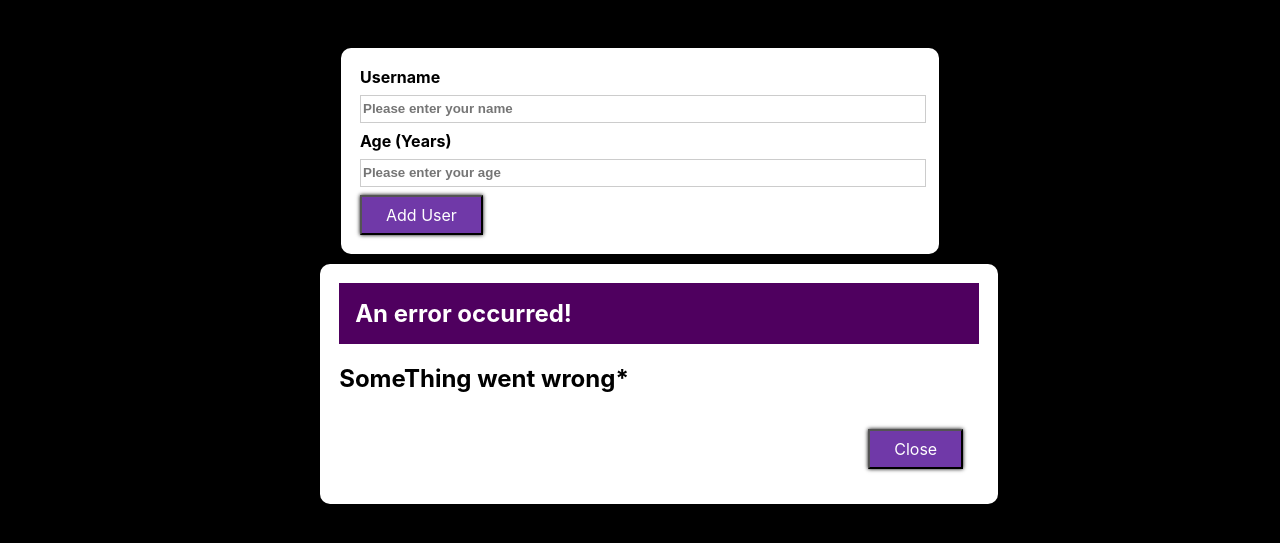
Repository: NamalPathirana/section-eight
Page: /
An editor plug-in stored every save of this project. The page is shown before and after the next save, followed by the edit.
The browser window is 1280 px wide. The pictures show the whole page.
The project was rebuilt for these pictures with package versions that can differ from the ones it lists, and the page was loaded fresh each time. Also part of the build but not shown: src/App.module.css.

Above is the page before, as saved 2021-12-04 14:28:13.

### src/index.css
body {
  margin: 0;
  padding: 0%;
  height: 100%;
  width: 100%;
  display: flex;
  flex-direction: column;
  background-color: black;
  font-family: -apple-system, BlinkMacSystemFont, 'Segoe UI', 'Roboto', 'Oxygen',
    'Ubuntu', 'Cantarell', 'Fira Sans', 'Droid Sans', 'Helvetica Neue',
    sans-serif;
  -webkit-font-smoothing: antialiased;
  -moz-osx-font-smoothing: grayscale;
}

code {
  font-family: source-code-pro, Menlo, Monaco, Consolas, 'Courier New',
    monospace;
}

### src/App.js
import styles from "./App.module.css";
import react, { useState } from "react";
import UserInput from "./Components/UserInput/UserInput";
import UserList from "./Components/UserList/UserList";
import Card from "./UI/Card/Card";

function App() {
  const [listOfEntries, SetListOfEntries] = useState([
    { key: 0, name: "Dave", age: "000" },
    { key: 1, name: "looper", age: "29" },
  ]);

  const UserEntryCallbackHandler = (props) => {
    SetListOfEntries((prevListOfEntries) => {
      const tempList = [...prevListOfEntries];
      tempList.unshift({
        key: Math.random(),
        name: props.name,
        age: props.age,
      });
      return tempList;
    });
    console.log(listOfEntries);
  };

  const entryDeletionCallback = (entryKey) => {
    SetListOfEntries((perEntry) => {
      const updatedEntries = perEntry.filter((entry) => {
        return entry.key !== entryKey;
      });
      return updatedEntries;
    });
  };

  let UserInfoSegment = <Card><h3 className={styles.block}>No Entries Exists To Display</h3></Card>;

  if (listOfEntries.length > 0) {
    UserInfoSegment = (
      <UserList
        items={listOfEntries}
        deletionHandler={entryDeletionCallback}
      ></UserList>
    );
  }

  return (
    <div className="App">
      <section>
        <UserInput onUserEntry={UserEntryCallbackHandler}></UserInput>
      </section>
      <section>
      {UserInfoSegment}
      </section>
    </div>
  );
}

export default App;

### src/Components/UserInput/UserInput.js
import Button from "../../UI/Button/Button";
import styles from "./UserInput.module.css";
import { useState } from "react";
import Card from "../../UI/Card/Card";
import ErrorModal from "../../UI/ErrorModal/ErrorModal";

const UserInput = (props) => {
  const userEntry = { key: 0, name: "lol", age: "25" };

  const [username, SetUserName] = useState("");
  const [age, SetAge] = useState("");
  const [isValid, SetIsValid] = useState(true);

  const NameInputHandler = (props) => {
    SetUserName(props.target.value);

    if (props.target.value.length > 0) {
      SetIsValid(true);
    }
    // console.log('[UserInput.js / userName : ]'+username)
  };

  const AgeInputHandler = (props) => {
    SetAge(props.target.value);
    if (props.target.value.length > 0) {
      SetIsValid(true);
    }
    // console.log('[UserInput.js / userName : ]'+age);
  };

  const FormSubmitHandler = (event) => {
    event.preventDefault();

    if (username.length === 0) {
      SetIsValid(false);
      return;
    }
    if(+age<1){
        SetIsValid(false);
        return;
    }

    userEntry.key = Math.random();
    userEntry.name = username;
    userEntry.age = age;

    props.onUserEntry(userEntry);

    SetUserName("");
    SetAge("");
  };

  return (
    <div>
    <ErrorModal title="An error occurred!" message='SomeThing went wrong*'></ErrorModal>
    <Card>
      <form onSubmit={FormSubmitHandler}>
        <div className={styles.frame}>
          <label className={`${!isValid ? styles.inValid : ""}`}>
            Username
          </label>
          <input
            placeholder="Please enter your name"
            type="text"
            onChange={NameInputHandler}
            className={!isValid ? styles.inValid : ""}
            value={username}
          />
          <label className={`${!isValid ? styles.inValid : ""}`}>
            Age (Years)
          </label>
          <input
            placeholder="Please enter your age"
            type="number"
            max="120"
            maxLength="2"
            min="12"
            onChange={AgeInputHandler}
            value={age}
            className={`${!isValid ? styles.inValid : ""}`}
          />
          <Button name="Add User" type="submit"></Button>
        </div>
      </form>
    </Card>
    </div>
  );
};

export default UserInput;

### src/Components/UserList/UserList.js
import styles from './UserList.module.css';
import UserListItem from '../UserListItem/UserListItem'
import Card from '../../UI/Card/Card';


const UserList = (props) => {

    const listUserItems = props.items.map(row=>{
        return  <UserListItem key={row.key} name={row.name} age={row.age} clicked={()=>{props.deletionHandler(row.key)}}/>;
    });

    return(
        <Card>
        <div className={styles.frame}>
           {listUserItems}
        </div>
        </Card>
    );
}

export default UserList;

### src/UI/Card/Card.js
import styles from './Card.module.css';

const Card = (props) => {

    return (<div className={`${styles.card} ${props.className}`}>
        {props.children}
    </div>);

}

export default Card;

### src/UI/Button/Button.js
import styles from "./Button.module.css";

const Button = (props) => {
  return <button className={styles.button} type={props.type || 'button'}>{props.name}</button>;
};

export default Button;

### src/Components/UserInput/UserInput.module.css
.frame{

}

.frame input{
    display: block;
    font-weight: bold;
    border: 1px solid #ccc;
    line-height: 1.5rem;
    padding: 100 0.25rm;
    width: 100%;
    margin-bottom: 0.5rem;
}

.frame input:hover{
    border: 1px solid rgb(49, 45, 45);
}

label.inValid {
    color: red;
}

input.inValid {
    background-color: rgb(233, 161, 161);
    border: 1px solid red;
 }

.frame label{
    display: block;
    align-content: flex-start;
    font-weight: bold;
    margin-bottom: 0.5rem;
}

### src/UI/ErrorModal/ErrorModal.js
import styles from "./ErrorModal.module.css";
import Card from "../Card/Card";
import Button from "../Button/Button"

const ErrorModal = (props) => {
  return (
    <Card className={styles.modal}>
      <header className={styles.header} ><h2>{props.title}</h2></header>
      <h2 className={styles.message}>{props.message}</h2>
      <footer className={styles.actions}><Button name="Close"></Button></footer>
    </Card>
  );
};

export default ErrorModal;

### src/Components/UserList/UserList.module.css
.frame{

}

### src/Components/UserListItem/UserListItem.js
import styles from './UserListItem.module.css';


const UserListItem = (props) => {

    return(
        <div className={styles.list_item} onClick={props.clicked}>
            <h3>{props.name} ({props.age} Years Old)</h3>
        </div>
    );
}

export default UserListItem;

### src/UI/Card/Card.module.css
.card{
    margin: 0.5rem 0.5rem;
    padding: 1.2rem 1.2rem;
    width: 35rem;
    max-width: 90%;
    margin: 3rem auto;
    background-color: white;
    border-radius: 10px;
}

### src/UI/Button/Button.module.css
.button{
    font: inherit;
    padding: 0.5rem 1.5rem;
    background-color: rgb(112, 57, 168);
    color:white;
    box-shadow: 0 0 4px black;
    cursor: pointer;
    width: auto;
}

.button:focus{
    outline: none;
}

.button:hover,.button:active{
    background-color: rgb(185, 140, 231);
    border-color: rgb(185, 140, 231);
    box-shadow: 0 0 8px black;
}

### src/UI/ErrorModal/ErrorModal.module.css
.modal {
  position: fixed;
  top: 30vh;
  left: 10%;
  width: 80%;
  z-index: 100;
  overflow: hidden;
}

.header {
  background: #4f005f;
  padding: 1rem;
}

.header h2 {
  color: white;
  margin: 0;
}

.content {
  padding: 1rem;
}

.actions {
  padding: 1rem;
  display: flex;
  justify-content: flex-end;
}

@media (min-width: 768px) {
  .modal {
    left: calc(50% - 20rem);
    width: 40rem;
  }
}

### src/Components/UserListItem/UserListItem.module.css
.list_item{
    border: 1px solid gray;
    display: block;
    padding: 0.5rem 0.3rem;
    margin: 3px 0px;

}

.list_item:hover{
    background-color: antiquewhite;
}

.list_item:active{
    background-color: rgb(251, 199, 199);
}


.list_item h3{
    margin: 0px;
}

Loaded but not shown: public/index.html (common file); src/index.js (common file); src/reportWebVitals.js (common file)

After the next save:
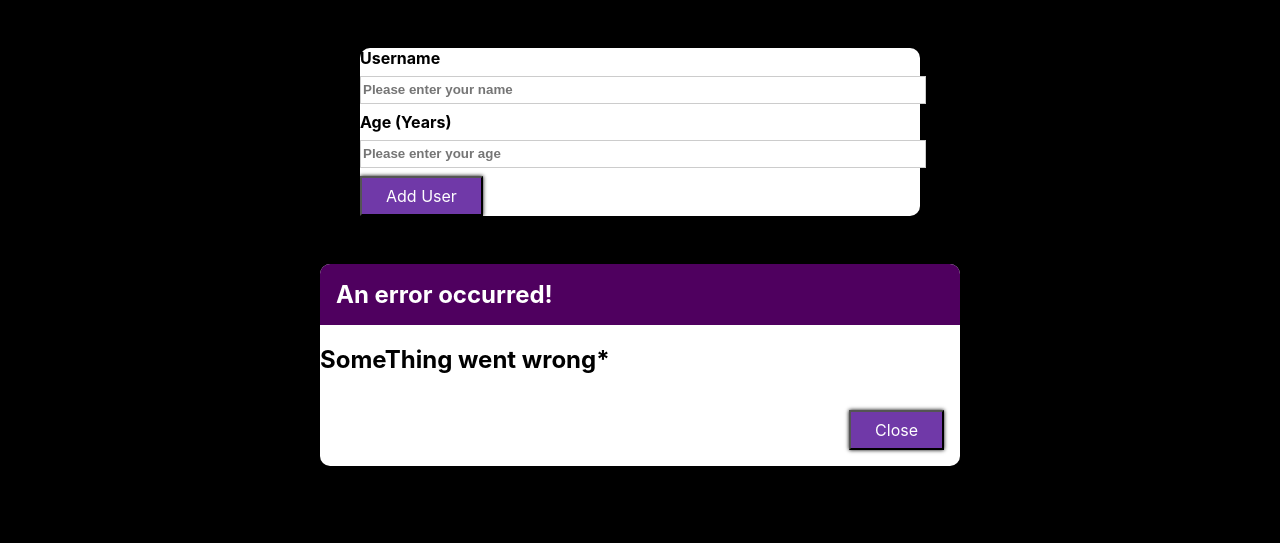
Saved 32 s later.
--- a/src/UI/Card/Card.module.css
+++ b/src/UI/Card/Card.module.css
@@ -1,6 +1,5 @@
 .card{
     margin: 0.5rem 0.5rem;
-    padding: 1.2rem 1.2rem;
     width: 35rem;
     max-width: 90%;
     margin: 3rem auto;

After the save that followed:
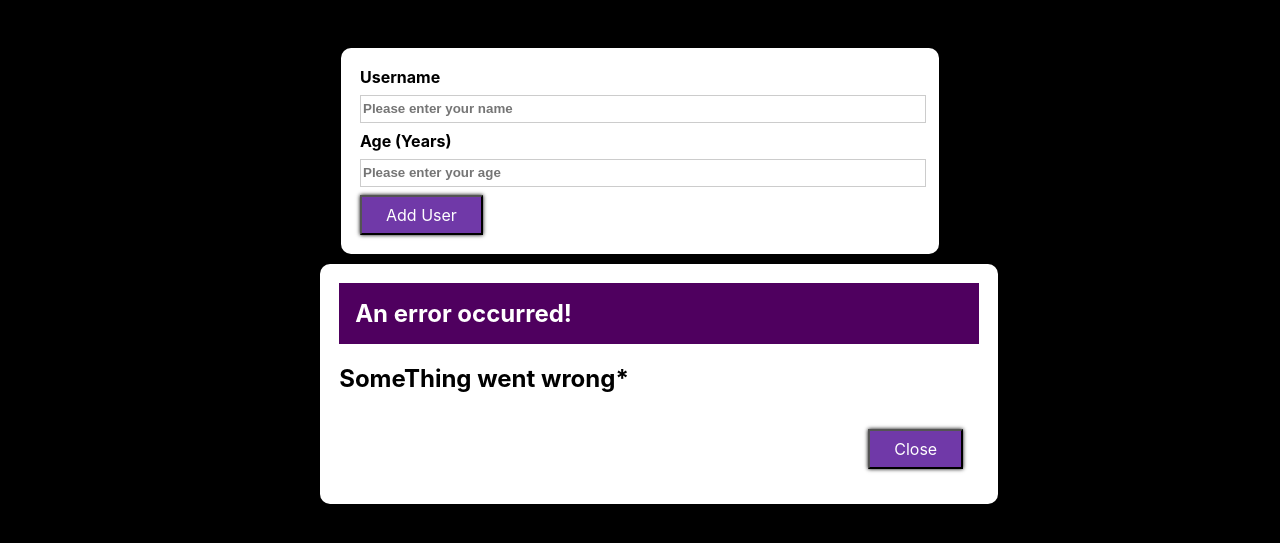
Saved 10 s later.
--- a/src/UI/Card/Card.module.css
+++ b/src/UI/Card/Card.module.css
@@ -1,5 +1,6 @@
 .card{
     margin: 0.5rem 0.5rem;
+    padding: 1.2rem 1.2rem;
     width: 35rem;
     max-width: 90%;
     margin: 3rem auto;
